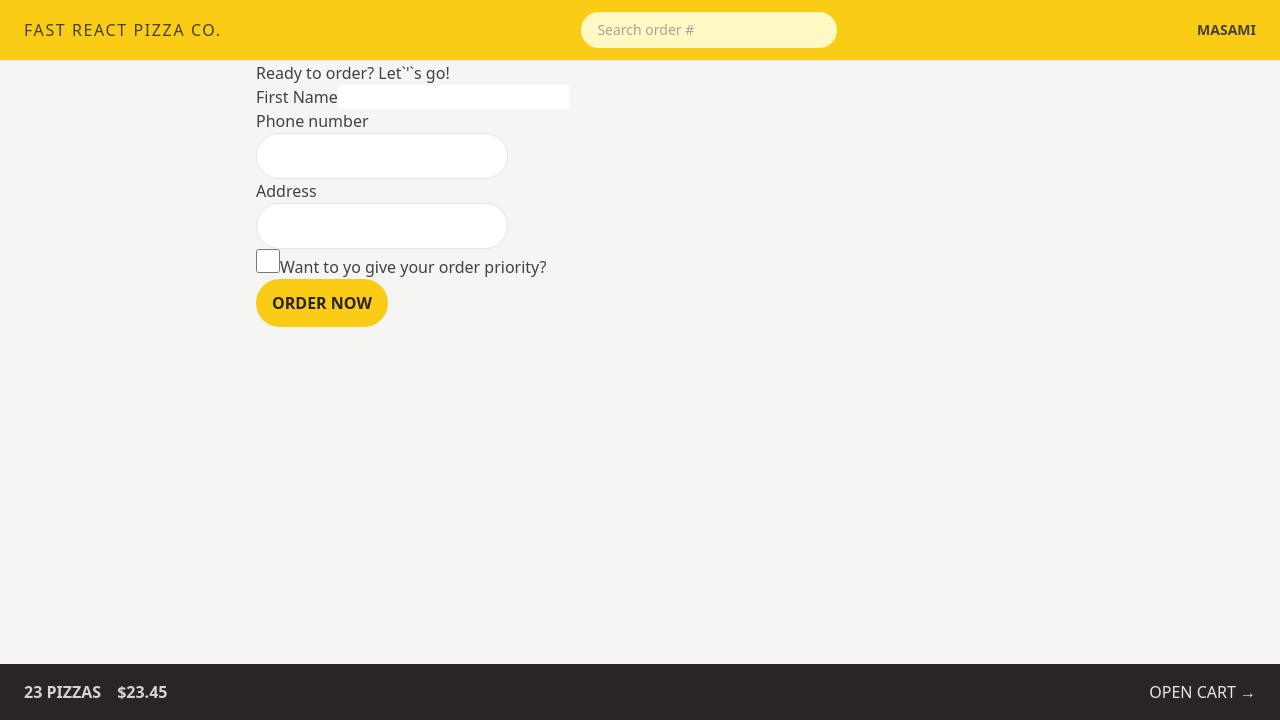
Repository: masamichan/pizza-vite
Page: /order/new
These files come from the project's save history. The page is drawn as it stood at one moment and after the next save; the edit follows.
The browser window is 1280 px wide. The pictures show the whole page.
The project was rebuilt for these pictures with package versions that can differ from the ones it lists, and the page was loaded fresh each time. Also part of the build but not shown: vite.config.js, src/ui/Home.jsx, src/utils/helpers.js, src/features/menu/MenuItem.jsx, src/features/menu/Menu.jsx, src/features/cart/Cart.jsx, src/features/order/Order.jsx, src/ui/Loader.jsx and 1 more. Imported but missing from the stored project, and not drawn on this page: src/features/user/CreateUser.

Above is the page before, as saved 2023-12-22 13:22:03.

### src/App.jsx
import { RouterProvider, createBrowserRouter } from "react-router-dom"
import Home from './ui/Home'
import Menu, {loader as menuLoader} from './features/menu/Menu';
import Cart from './features/cart/Cart';
import CreateOrder, {action as createOrderAction} from './features/order/CreateOrder';
import Order, {loader as orderLoader} from "./features/order/Order"
import AppLayout from "./ui/AppLayout";
import Error from "./ui/Error"

const router = createBrowserRouter([
  {
    element: <AppLayout />,
    errorElement: <Error />,
    children: [
  { path: "/", element: <Home/>},
  { path: "/menu", element: <Menu />, loader: menuLoader, errorElement: <Error />},
  {path: "/cart",element: <Cart />},
  {path: "/order/new",element: <CreateOrder />, action: createOrderAction},
  {path: "/order/:orderId", element: <Order />, loader: orderLoader, errorElement: <Error />}
    ],
  },
])




function App() {
  return <RouterProvider router={router} />
}

export default App

### src/index.css
@tailwind base;
@tailwind components;
@tailwind utilities;

@layer components {
  .input {
    @apply rounded-full border border-stone-200 px-4 py-2 text-sm
          transition-all duration-300 placeholder:text-stone-400
          focus:outline-none focus:ring focus:ring-yellow-400
          md:px-6 md:py-3;
  }
}

/* https://dev.to/afif/i-made-100-css-loaders-for-your-next-project-4eje */
.loader {
  width: 45px;
  aspect-ratio: 0.75;
  --c: no-repeat linear-gradient(#333 0 0);
  background:
    var(--c) 0% 50%,
    var(--c) 50% 50%,
    var(--c) 100% 50%;
  background-size: 20% 50%;
  animation: loading 1s infinite linear;
}

@keyframes loading {
  20% {
    background-position:
      0% 0%,
      50% 50%,
      100% 50%;
  }
  40% {
    background-position:
      0% 100%,
      50% 0%,
      100% 50%;
  }
  60% {
    background-position:
      0% 50%,
      50% 100%,
      100% 0%;
  }
  80% {
    background-position:
      0% 50%,
      50% 50%,
      100% 100%;
  }
}

### src/features/order/CreateOrder.jsx
import { useState } from 'react';
import { Form, redirect, useActionData, useNavigation } from 'react-router-dom';
import { createOrder } from '../../services/apiRestaurant';

// https://uibakery.io/regex-library/phone-number
const isValidPhone = (str) =>
  /^\+?\d{1,4}?[-.\s]?\(?\d{1,3}?\)?[-.\s]?\d{1,4}[-.\s]?\d{1,4}[-.\s]?\d{1,9}$/.test(
    str,
  );

const fakeCart = [
  {
    pizzaId: 12,
    name: 'Mediterranean',
    quantity: 2,
    unitPrice: 16,
    totalPrice: 32,
  },
  {
    pizzaId: 6,
    name: 'Vegetale',
    quantity: 1,
    unitPrice: 13,
    totalPrice: 13,
  },
  {
    pizzaId: 11,
    name: 'Spinach and Mushroom',
    quantity: 1,
    unitPrice: 15,
    totalPrice: 15,
  },
];

function CreateOrder() {
  const navigation = useNavigation();
  const isSubmitting = navigation.state === 'submitting';

  const formErrors = useActionData();

  // const [withPriority, setWithPriority] = useState(false);
  const cart = fakeCart;

  return (
    <div>
      <h2>Ready to order? Let`&apos;`s go!</h2>

      <Form method="POST">
        <div>
          <label>First Name</label>
          <input type="text" name="customer" required />
        </div>

        <div>
          <label>Phone number</label>
          <div>
            <input className="input" type="tel" name="phone" required />
          </div>
          {formErrors?.phone && <p>{formErrors.phone}</p>}
        </div>

        <div>
          <label>Address</label>
          <div>
            <input className="input" type="text" name="address" required />
          </div>
        </div>

        <div>
          <input
            className="h-6 w-6 accent-yellow-400
                      focus:outline-none focus:ring
                      focus:ring-yellow-400
                      focus:ring-offset-2"
            type="checkbox"
            name="priority"
            id="priority"
            // value={withPriority}
            // onChange={(e) => setWithPriority(e.target.checked)}
          />
          <label htmlFor="priority">Want to yo give your order priority?</label>
        </div>

        <div>
          <input type="hidden" name="cart" value={JSON.stringify(cart)} />
          <button
            disabled={isSubmitting}
            className="tracking-width activate:bg-slate-400 inline-block rounded-full bg-yellow-400 px-4 py-3 font-semibold
                       uppercase text-stone-800 transition-colors duration-300 hover:bg-yellow-300
                      focus:outline-none focus:ring focus:ring-yellow-300 focus:ring-offset-2 disabled:cursor-not-allowed"
          >
            {isSubmitting ? 'Placing order...' : 'Order now'}
          </button>
        </div>
      </Form>
    </div>
  );
}

export async function action({ request }) {
  const formData = await request.formData();
  const data = Object.fromEntries(formData);

  const order = {
    ...data,
    cart: JSON.parse(data.cart),
    priority: data.priority === 'on',
  };

  const errors = {};
  if (!isValidPhone(order.phone))
    errors.phone =
      'Please give us your correct phone number. We might need it to contact you.';

  if (Object.keys(errors).length > 0) return errors;

  const newOrder = await createOrder(order);

  return redirect(`/order/${newOrder.id}`);
}

export default CreateOrder;

### src/ui/AppLayout.jsx
import Header from './Header';
import Loader from './Loader';
import { Outlet, useNavigation } from 'react-router-dom';
import CartOverview from '../features/cart/CartOverview';

function AppLayout() {
  const navigation = useNavigation();
  const isLoading = navigation.state === 'loading';
  return (
    <div className="grid h-screen grid-rows-[auto_1fr_auto]">
      {isLoading && <Loader />}

      <Header />
      <div className="overflow-scroll">
        <main className="mx-auto max-w-3xl">
          <Outlet />
        </main>
      </div>
      <CartOverview />
    </div>
  );
}

export default AppLayout;

### src/services/apiRestaurant.js
const API_URL = 'https://react-fast-pizza-api.onrender.com/api';

export async function getMenu() {
  const res = await fetch(`${API_URL}/menu`);

  // fetch won't throw error on 400 errors (e.g. when URL is wrong), so we need to do it manually. This will then go into the catch block, where the message is set
  if (!res.ok) throw Error('Failed getting menu');

  const { data } = await res.json();
  return data;
}

export async function getOrder(id) {
  const res = await fetch(`${API_URL}/order/${id}`);
  if (!res.ok) throw Error(`Couldn't find order #${id}`);

  const { data } = await res.json();
  return data;
}

export async function createOrder(newOrder) {
  try {
    const res = await fetch(`${API_URL}/order`, {
      method: 'POST',
      body: JSON.stringify(newOrder),
      headers: {
        'Content-Type': 'application/json',
      },
    });

    if (!res.ok) throw Error();
    const { data } = await res.json();
    return data;
  } catch {
    throw Error('Failed creating your order');
  }
}

export async function updateOrder(id, updateObj) {
  try {
    const res = await fetch(`${API_URL}/order/${id}`, {
      method: 'PATCH',
      body: JSON.stringify(updateObj),
      headers: {
        'Content-Type': 'application/json',
      },
    });

    if (!res.ok) throw Error();
    // We don't need the data, so we don't return anything
  } catch (err) {
    throw Error('Failed updating your order');
  }
}

### src/ui/Header.jsx
import { Link } from 'react-router-dom';
import SearchOrder from '../features/order/SearchOrder';
import UserName from '../features/user/UserName';

function Header() {
  return (
    <header className="flex items-center justify-between border-b border-stone-200 bg-yellow-400 px-4 py-3 uppercase sm:px-6">
      <Link to="/" className="tracking-widest">
        Fast React Pizza Co.
      </Link>
      <SearchOrder />
      <UserName />
    </header>
  );
}

export default Header;

### src/features/cart/CartOverview.jsx
import { Link } from 'react-router-dom';

function CartOverview() {
  return (
    <div className="flex items-center justify-between bg-stone-800 px-4 py-4 text-sm uppercase text-stone-200 sm:px-6 md:text-base">
      <p className="sm-space-x-6 space-x-4 font-semibold text-stone-300">
        <span>23 pizzas</span>
        <span>$23.45</span>
      </p>
      <Link to="/cart">Open cart &rarr;</Link>
    </div>
  );
}

export default CartOverview;

### src/features/order/SearchOrder.jsx
import { useState } from 'react';
import { useNavigate } from 'react-router-dom';

function SearchOrder() {
  const [query, setQuery] = useState('');
  const navigate = useNavigate();

  function handleSubmit(e) {
    e.preventDefault();
    if (!query) return;
    navigate(`/order/${query}`);
    setQuery('');
  }

  return (
    <form onSubmit={handleSubmit}>
      <input
        placeholder="Search order #"
        value={query}
        onChange={(e) => setQuery(e.target.value)}
        className="focus: w-28 rounded-full bg-yellow-100 px-4 py-2
                   text-sm ring-yellow-500 transition-all duration-300
                   placeholder:text-stone-400 focus:outline-none focus:ring focus:ring-opacity-50 sm:w-64 sm:focus:w-72"
      />
    </form>
  );
}

export default SearchOrder;

### src/features/user/UserName.jsx
function UserName() {
  return <div className="hidden text-sm font-semibold md:block">Masami</div>;
}

export default UserName;

Loaded but not shown: index.html (common file); src/main.jsx (common file); tailwind.config.js (common file)

After the next save:
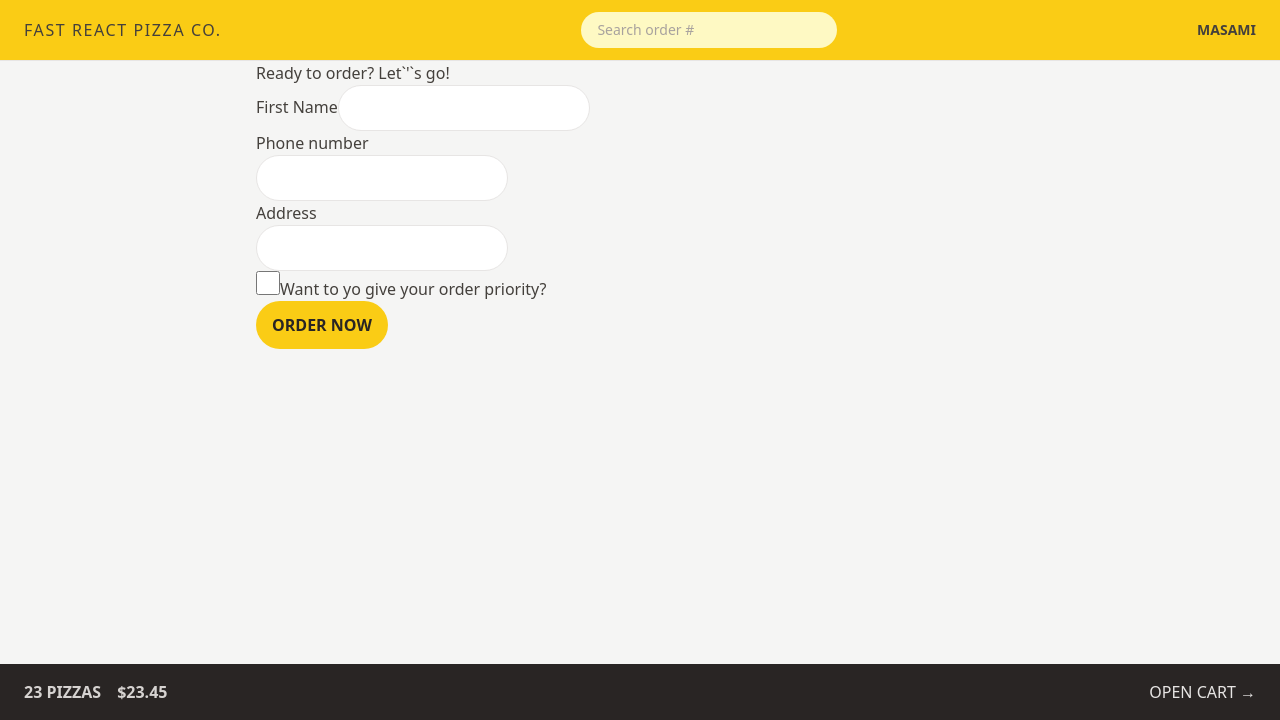
Saved 11 s later.
--- a/src/features/order/CreateOrder.jsx
+++ b/src/features/order/CreateOrder.jsx
@@ -48,7 +48,7 @@ function CreateOrder() {
       <Form method="POST">
         <div>
           <label>First Name</label>
-          <input type="text" name="customer" required />
+          <input className="input" type="text" name="customer" required />
         </div>
 
         <div>
